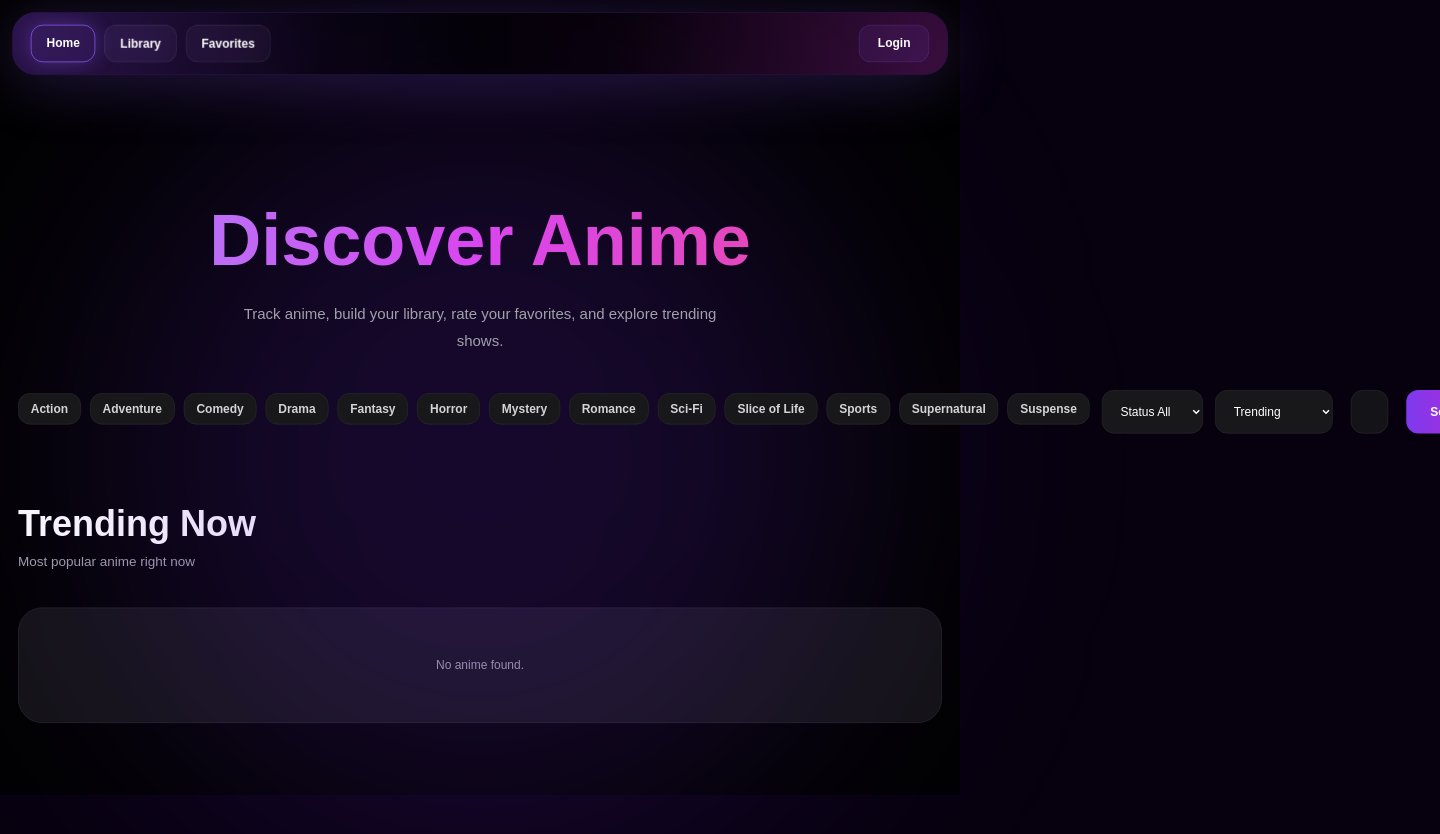
Repository: Maykal-Projects/Otakuflow
Page: /
The author's editor kept a copy of each file at every save. The page is drawn from the files as they stood at one save, then again after the next save.
The browser window is 1280 px wide. The page is 1992 px wide, then 1280 px, so the pictures cover 1920 px, including what lies to the right of the window. The pictures show the whole page, at 75% of full size.
The page's requests for data from a server got no answer. The project was rebuilt for these pictures with package versions that can differ from the ones it lists, and the page was loaded fresh each time. The framework's server and built-in components were replaced by stand-ins that run in the browser. No one was signed in, and anything a server would have sent is missing. Also part of the build but not shown: next.config.ts, components/AnimeCard.tsx.

Above is the page before, as saved 2026-05-30 09:31:37.

After the next save:
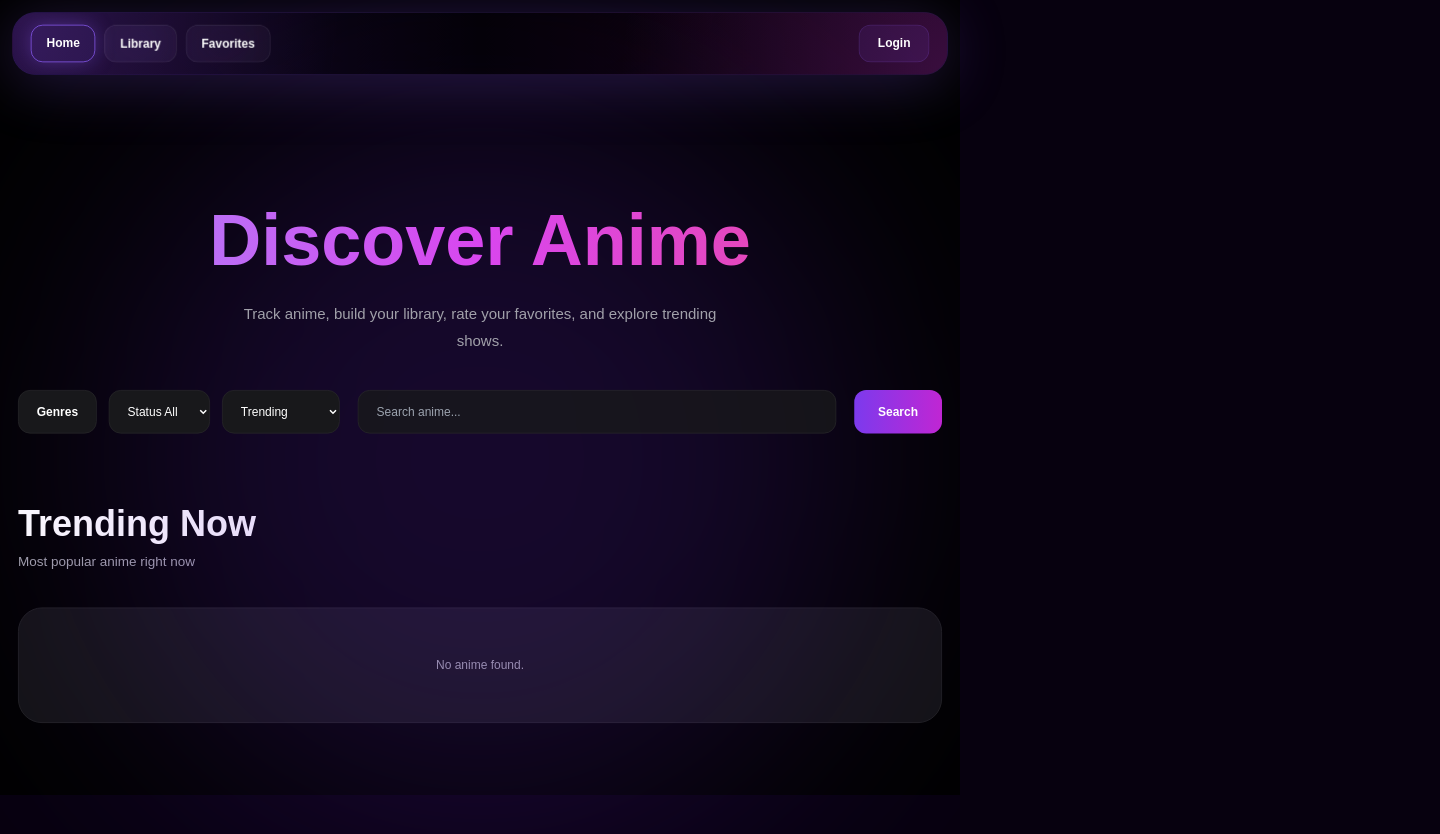
Saved 20 s later.
--- a/app/page.tsx
+++ b/app/page.tsx
@@ -729,35 +729,61 @@ async function searchAnimeWithGenres(
             {/* LEFT FILTERS */}
             <div className="flex items-center gap-4">
 
-              {/* GENRE CHIPS */}
-<div className="flex overflow-x-auto whitespace-nowrap pb-2 gap-3">
-
-  {genres.map(
-    (genre) => (
-
-      <button
-        key={genre.id}
-        onClick={() =>
-          toggleGenre(
-            genre.name
+              {/* GENRES */}
+<div className="relative">
+
+  <button
+    type="button"
+    onClick={() =>
+      setShowGenres(
+        !showGenres
+      )
+    }
+    className="bg-zinc-900 border border-zinc-800 rounded-2xl px-6 py-4 font-semibold hover:border-violet-500 transition h-[58px]"
+  >
+    Genres
+    {selectedGenres.length >
+      0 &&
+      ` (${selectedGenres.length})`}
+  </button>
+
+  {showGenres && (
+
+    <div className="absolute top-full left-0 mt-3 bg-zinc-950/95 backdrop-blur-2xl border border-zinc-800 rounded-3xl p-4 z-50 w-[700px] max-w-[90vw] shadow-[0_20px_80px_rgba(0,0,0,0.6)]">
+
+      <div className="flex flex-wrap gap-3">
+
+        {genres.map(
+          (genre) => (
+
+            <button
+              key={genre.id}
+              onClick={() =>
+                toggleGenre(
+                  genre.name
+                )
+              }
+              className={`px-4 py-2 rounded-2xl border transition font-semibold ${
+                selectedGenres.includes(
+                  genre.name
+                )
+                  ? "bg-violet-600 border-violet-400 text-white"
+                  : "bg-zinc-900 border-zinc-800 text-zinc-300 hover:border-violet-500"
+              }`}
+            >
+              {genre.name}
+            </button>
+
           )
-        }
-        className={`px-4 py-2 rounded-2xl border transition font-semibold ${
-          selectedGenres.includes(
-            genre.name
-          )
-            ? "bg-violet-600 border-violet-400 text-white"
-            : "bg-zinc-900 border-zinc-800 text-zinc-300 hover:border-violet-500"
-        }`}
-      >
-        {genre.name}
-      </button>
-
-    )
+        )}
+
+      </div>
+
+    </div>
+
   )}
 
 </div>
-
               {/* STATUS */}
               <select
                 value={
